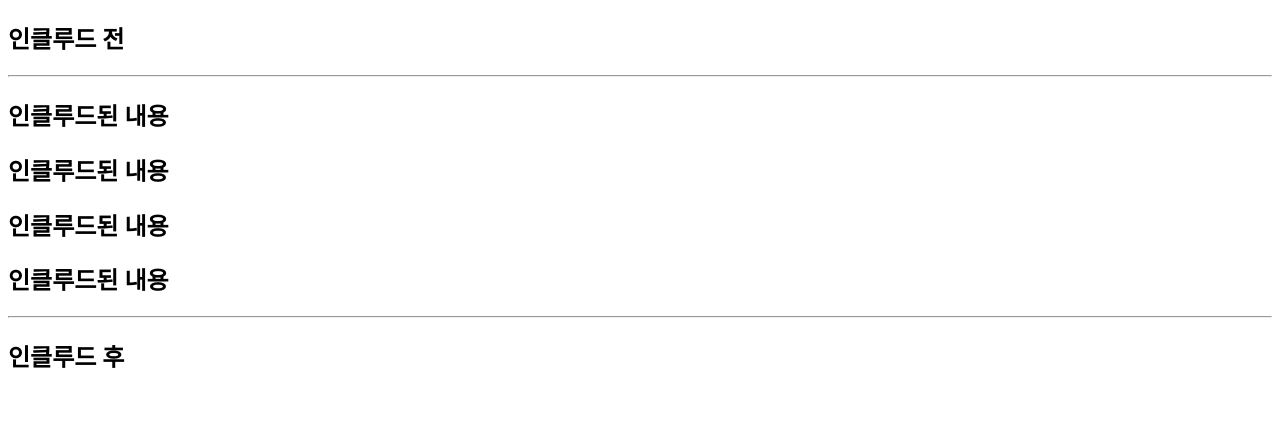
Repository: cdj6995/Web
Page: http://localhost/Lecture-Web/jsp/include/jstl/includeTest.jsp
The author's editor kept a copy of each file at every save. The page is drawn from the files as they stood at one save, then again after the next save.
The browser window is 1280 px wide. The pictures show the whole page.
The page is served by Tomcat 9.

Above is the page before, as saved 2022-06-13 05:13:02.

After the next save:
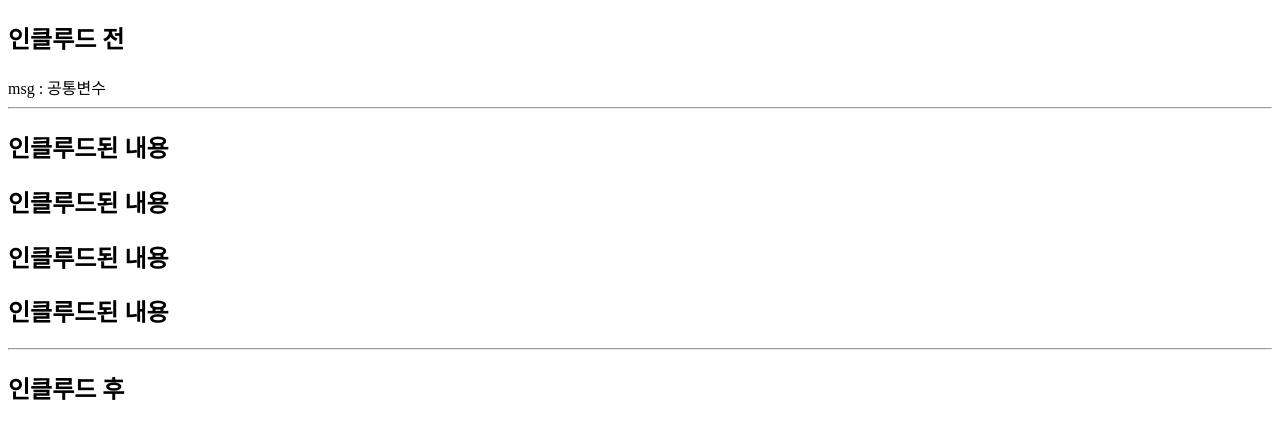
Saved 107 s later.
--- a/Lecture-Web/src/main/webapp/jsp/include/jstl/includeTest.jsp
+++ b/Lecture-Web/src/main/webapp/jsp/include/jstl/includeTest.jsp
@@ -9,6 +9,7 @@
 </head>
 <body>
 	<h2>인클루드 전</h2>
+	msg : <%= msg %>
 	<%@ include file="one.jsp" %>
 	<h2>인클루드 후</h2>
 </body>
